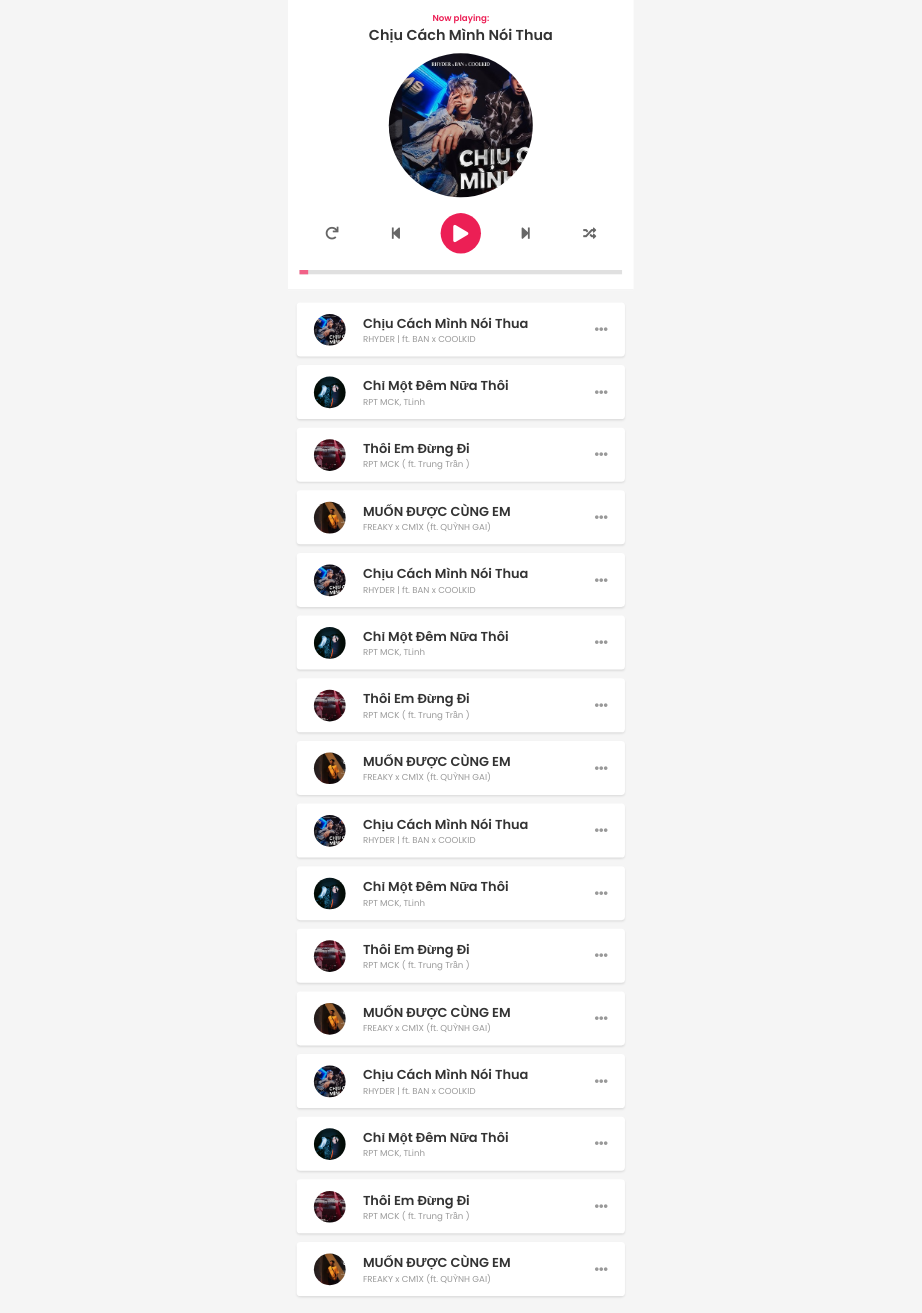
Repository: ChiNg22nd04/MusicPlayer
Page: index.html
These files come from the project's save history. The page is drawn as it stood at one moment and after the next save; the edit follows.
The browser window is 1280 px wide. The pictures show the whole page, at 72% of full size.

Above is the page before, as saved 2023-12-31 13:57:17.

### index.html
<!DOCTYPE html>
<html lang="en">
<head>
    <meta charset="UTF-8">
    <meta name="viewport" content="width=device-width, initial-scale=1.0">
    <title>Music player</title>
    <link rel="stylesheet" href="https://cdnjs.cloudflare.com/ajax/libs/font-awesome/5.15.2/css/all.min.css" integrity="sha512-HK5fgLBL+xu6dm/Ii3z4xhlSUyZgTT9tuc/hSrtw6uzJOvgRr2a9jyxxT1ely+B+xFAmJKVSTbpM/CuL7qxO8w==" crossorigin="anonymous" />
    <link rel="preconnect" href="https://fonts.gstatic.com">
    <link href="https://fonts.googleapis.com/css2?family=Poppins:wght@300;400;600&display=swap" rel="stylesheet">
    <link rel="stylesheet" href="./assets/css/style.css">
</head>
<body>


<div class="player">
  <!-- Dashboard -->
  <div class="dashboard">
    <!-- Header -->
    <header>
      <h4>Now playing:</h4>
      <h2>String 57th & 9th</h2>
    </header>

    <!-- CD -->
    <div class="cd">
      <div class="cd-thumb"
        style="background-image: url(./assets/img/cmdnt.jpeg);">

      </div>
    </div>

    <!-- Control -->
    <div class="control">
      <div class="btn btn-repeat">
        <i class="fas fa-redo"></i>
      </div>
      <div class="btn btn-prev">
        <i class="fas fa-step-backward"></i>
      </div>
      <div class="btn btn-toggle-play">
        <i classa="fas fa-pause icon-pause"></i>
        <i class="fas fa-play icon-play"></i>
      </div>
      <div class="btn btn-next">
        <i class="fas fa-step-forward"></i>
      </div>
      <div class="btn btn-random">
        <i class="fas fa-random"></i>
      </div>
    </div>

    <input id="progress" class="progress" type="range" value="0" step="1" min="0" max="100">

    <audio id="audio" src=""></audio>
  </div>

  <!-- Playlist -->
  <div class="playlist">

  </div>
</div>
<script src="./main.js"></script>
<!-- Design from: https://static.collectui.com/shots/3671744/musicloud-revolutionary-app-for-music-streaming-large -->
</body>
</html>

### assets/css/style.css
:root {
    --primary-color: #ec1f55;
    --text-color: #333;
  }

  * {
    padding: 0;
    margin: 0;
    box-sizing: inherit;
  }

  body {
    background-color: #f5f5f5;
  }

  html {
    box-sizing: border-box;
    font-family: "Poppins", sans-serif;
  }

  .player {
    position: relative;
    max-width: 480px;
    margin: 0 auto;
  }

  .player .icon-pause {
    display: none;
  }

  .player.playing .icon-pause {
    display: inline-block;
  }

  .player.playing .icon-play {
    display: none;
  }

  .dashboard {
    padding: 16px 16px 14px;
    background-color: #fff;
    position: fixed;
    top: 0;
    width: 100%;
    max-width: 480px;
    border-bottom: 1px solid #ebebeb;
  }

  /* HEADER */
  header {
    text-align: center;
    margin-bottom: 10px;
  }

  header h4 {
    color: var(--primary-color);
    font-size: 12px;
  }

  header h2 {
    color: var(--text-color);
    font-size: 20px;
  }

  /* CD */
  .cd {
    display: flex;
    margin: auto;
    width: 200px;
  }

  .cd-thumb {
    width: 100%;
    padding-top: 100%;
    border-radius: 50%;
    background-color: #333;
    background-size: cover;
    margin: auto;
  }

  /* CONTROL */
  .control {
    display: flex;
    align-items: center;
    justify-content: space-around;
    padding: 18px 0 8px 0;
  }

  .control .btn {
    color: #666;
    padding: 18px;
    font-size: 18px;
  }

  .control .btn.active {
    color: var(--primary-color);
  }

  .control .btn-toggle-play {
    width: 56px;
    height: 56px;
    border-radius: 50%;
    font-size: 24px;
    color: #fff;
    display: flex;
    align-items: center;
    justify-content: center;
    background-color: var(--primary-color);
  }

  .progress {
    width: 100%;
    -webkit-appearance: none;
    height: 6px;
    background: #d3d3d3;
    outline: none;
    opacity: 0.7;
    -webkit-transition: 0.2s;
    transition: opacity 0.2s;
  }

  .progress::-webkit-slider-thumb {
    -webkit-appearance: none;
    appearance: none;
    width: 12px;
    height: 6px;
    background-color: var(--primary-color);
    cursor: pointer;
  }

  /* PLAYLIST */
  .playlist {
    margin-top: 408px;
    padding: 12px;
  }

  .song {
    display: flex;
    align-items: center;
    margin-bottom: 12px;
    background-color: #fff;
    padding: 8px 16px;
    border-radius: 5px;
    box-shadow: 0 2px 3px rgba(0, 0, 0, 0.1);
  }

  .song.active {
    background-color: var(--primary-color);
  }

  .song:active {
    opacity: 0.8;
  }

  .song.active .option,
  .song.active .author,
  .song.active .title {
    color: #fff;
  }

  .song .thumb {
    width: 44px;
    height: 44px;
    border-radius: 50%;
    background-size: cover;
    margin: 0 8px;
  }

  .song .body {
    flex: 1;
    padding: 0 16px;
  }

  .song .title {
    font-size: 18px;
    color: var(--text-color);
  }

  .song .author {
    font-size: 12px;
    color: #999;
  }

  .song .option {
    padding: 16px 8px;
    color: #999;
    font-size: 18px;
  }

### main.js
const $ = document.querySelector.bind(document);
const $$ = document.querySelectorAll.bind(document);

const player = $('.player');
const playlist = $('.playlist');
const click =  $$('.song');

//! List bài hát
const app = {
    currentIndex: 0,
    listSong: [
        {
            name: 'Chịu Cách Mình Nói Thua',
            singer: 'RHYDER | ft. BAN x COOLKID ',
            path: './assets/music/ChiuCachMinhNoiThua-RHYDERCoolkidBAN-12449134.mp3',
            img:'./assets/img/ccmnt.jpeg',
        },
        {
            name: 'Chỉ Một Đêm Nữa Thôi',
            singer: 'RPT MCK, TLinh',
            path: './assets/music/ChiMotDemNuaThoi-MCK-8804087.mp3',
            img: './assets/img/cmdnt.jpeg',
        },
        {
            name: 'Thôi Em Đừng Đi',
            singer: 'RPT MCK ( ft. Trung Trần )',
            path: './assets/music/ThoiEmDungDi-MCK-8804088.mp3',
            img: './assets/img/tedd.jpeg',
        },
        {
            name: 'MUỐN ĐƯỢC CÙNG EM',
            singer: 'FREAKY x CM1X (ft. QUỲNH GAI)',
            path: './assets/music/MuonDuocCungEm-Freaky-6792500.mp3',
            img: './assets/img/mdce.jpeg',
        },
        {
            name: 'Chịu Cách Mình Nói Thua',
            singer: 'RHYDER | ft. BAN x COOLKID ',
            path: './assets/music/ChiuCachMinhNoiThua-RHYDERCoolkidBAN-12449134.mp3',
            img:'./assets/img/ccmnt.jpeg',
        },
        {
            name: 'Chỉ Một Đêm Nữa Thôi',
            singer: 'RPT MCK, TLinh',
            path: './assets/music/ChiMotDemNuaThoi-MCK-8804087.mp3',
            img: './assets/img/cmdnt.jpeg',
        },
        {
            name: 'Thôi Em Đừng Đi',
            singer: 'RPT MCK ( ft. Trung Trần )',
            path: './assets/music/ThoiEmDungDi-MCK-8804088.mp3',
            img: './assets/img/tedd.jpeg',
        },
        {
            name: 'MUỐN ĐƯỢC CÙNG EM',
            singer: 'FREAKY x CM1X (ft. QUỲNH GAI)',
            path: './assets/music/MuonDuocCungEm-Freaky-6792500.mp3',
            img: './assets/img/mdce.jpeg',
        },
        {
            name: 'Chịu Cách Mình Nói Thua',
            singer: 'RHYDER | ft. BAN x COOLKID ',
            path: './assets/music/ChiuCachMinhNoiThua-RHYDERCoolkidBAN-12449134.mp3',
            img:'./assets/img/ccmnt.jpeg',
        },
        {
            name: 'Chỉ Một Đêm Nữa Thôi',
            singer: 'RPT MCK, TLinh',
            path: './assets/music/ChiMotDemNuaThoi-MCK-8804087.mp3',
            img: './assets/img/cmdnt.jpeg',
        },
        {
            name: 'Thôi Em Đừng Đi',
            singer: 'RPT MCK ( ft. Trung Trần )',
            path: './assets/music/ThoiEmDungDi-MCK-8804088.mp3',
            img: './assets/img/tedd.jpeg',
        },
        {
            name: 'MUỐN ĐƯỢC CÙNG EM',
            singer: 'FREAKY x CM1X (ft. QUỲNH GAI)',
            path: './assets/music/MuonDuocCungEm-Freaky-6792500.mp3',
            img: './assets/img/mdce.jpeg',
        },
        {
            name: 'Chịu Cách Mình Nói Thua',
            singer: 'RHYDER | ft. BAN x COOLKID ',
            path: './assets/music/ChiuCachMinhNoiThua-RHYDERCoolkidBAN-12449134.mp3',
            img:'./assets/img/ccmnt.jpeg',
        },
        {
            name: 'Chỉ Một Đêm Nữa Thôi',
            singer: 'RPT MCK, TLinh',
            path: './assets/music/ChiMotDemNuaThoi-MCK-8804087.mp3',
            img: './assets/img/cmdnt.jpeg',
        },
        {
            name: 'Thôi Em Đừng Đi',
            singer: 'RPT MCK ( ft. Trung Trần )',
            path: './assets/music/ThoiEmDungDi-MCK-8804088.mp3',
            img: './assets/img/tedd.jpeg',
        },
        {
            name: 'MUỐN ĐƯỢC CÙNG EM',
            singer: 'FREAKY x CM1X (ft. QUỲNH GAI)',
            path: './assets/music/MuonDuocCungEm-Freaky-6792500.mp3',
            img: './assets/img/mdce.jpeg',
        },

    ],

    //hàm để render ra view
    render: function() {
        const htmls = this.listSong.map((song) => {
            return `
            <div class="song">
                <div class="thumb"
                    style="background-image: url('${song.img}');">
                </div>
                <div class="body">
                    <h3 class="title">${song.name}</h3>
                    <p class="author">${song.singer}</p>
                </div>
                <div class="option">
                    <i class="fas fa-ellipsis-h"></i>
                </div>
            </div>
       `

        })
        $('.playlist').innerHTML = htmls.join('\n');
    },
    //handleEven
    handleEnvens: function() {
        const cdWidth =  $('.cd').offsetWidth
        // this.listSong.map((song) => {
        //     $('.cd-thumb').innerHTML = `<img class="thumb"
        //     style="background-image: url('${song.img}');">`
        // })
        document.onscroll = function() {
            // const scroll = window.scrollY
            const scroll = document.documentElement.scrollTop || window.scrollY
            const cdNew = cdWidth - scroll
            // nếu cdNew > 0 thì
            $('.cd').style.width = cdNew  > 0 ? cdNew + 'px' : 0;
            $('.cd').style.opacity = cdNew / cdWidth;
        }
        //lắng nghe sự kiện onclick song

        for(let i = 0; i < click.length; i++) {
            click[i].onclick = function(e) {

            }
        }
    },
    getCurrentSong: function() {
        return this.listSong[this.currentIndex].name;
    },
    loadCurrentSong: function() {
        const audio = $('#audio');
        const heading = $('header h2');
        const cdThumb = $('.cd-thumb');

        heading.textContent = this.listSong[this.currentIndex].name;
        cdThumb.style.backgroundImage = `url(${this.listSong[this.currentIndex].img})`
    },

    //pthức start() để bắt đầu
    start: function() {
        //lắng nghe và xử lý các sự kiện
        this.handleEnvens()
        //render playlist
        this.render()
        this.getCurrentSong()
        this.loadCurrentSong()
    }
}

app.start();

After the next save:
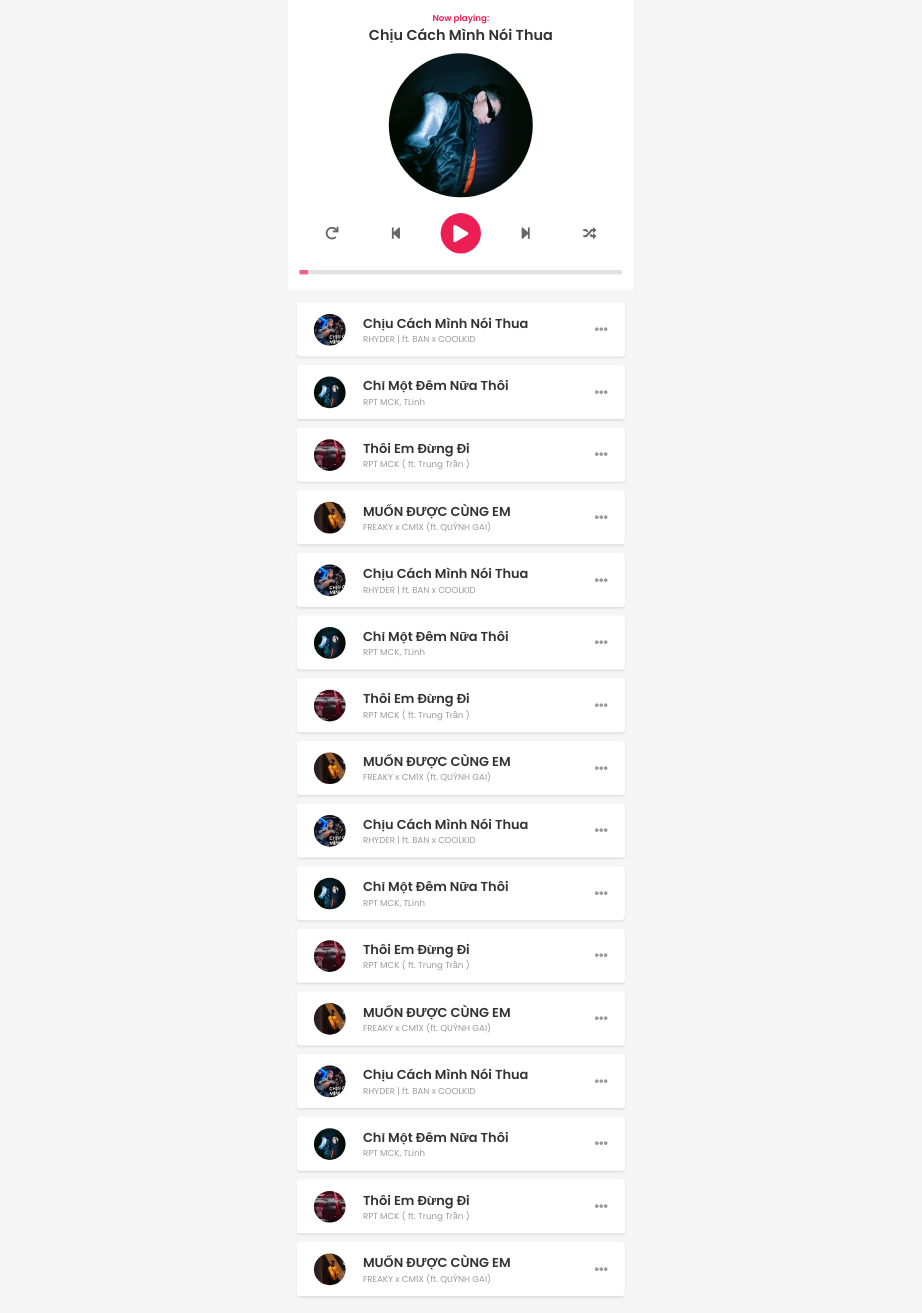
Saved 8 s later.
--- a/main.js
+++ b/main.js
@@ -161,7 +161,7 @@
         const cdThumb = $('.cd-thumb');
 
         heading.textContent = this.listSong[this.currentIndex].name;
-        cdThumb.style.backgroundImage = `url(${this.listSong[this.currentIndex].img})`
+        // cdThumb.style.backgroundImage = `url(${this.listSong[this.currentIndex].img})`
     },
 
     //pthức start() để bắt đầu

After the save that followed:
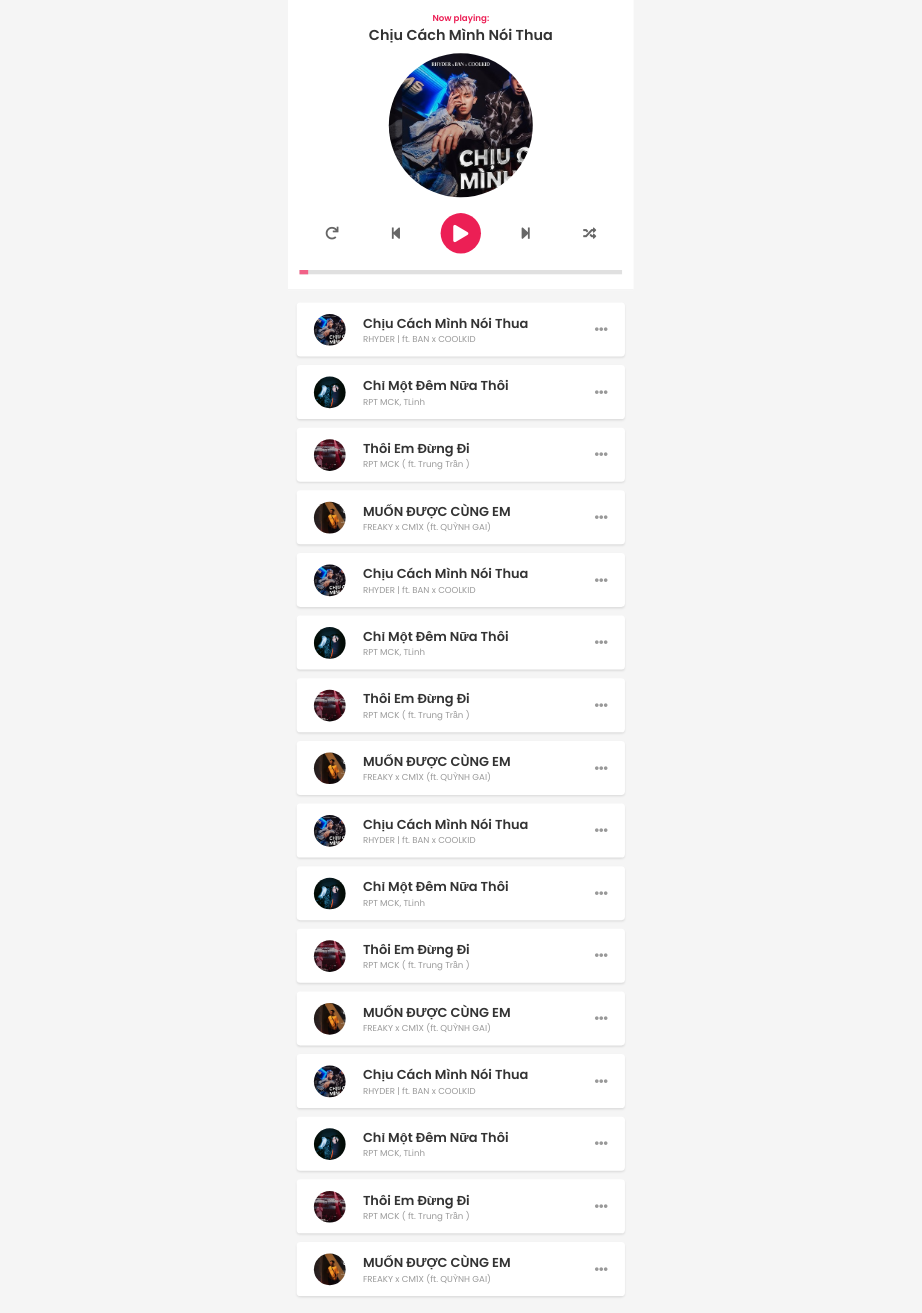
Saved 6 s later.
--- a/main.js
+++ b/main.js
@@ -161,7 +161,7 @@
         const cdThumb = $('.cd-thumb');
 
         heading.textContent = this.listSong[this.currentIndex].name;
-        // cdThumb.style.backgroundImage = `url(${this.listSong[this.currentIndex].img})`
+        cdThumb.style.backgroundImage = `url(${this.listSong[this.currentIndex].img})`
     },
 
     //pthức start() để bắt đầu
